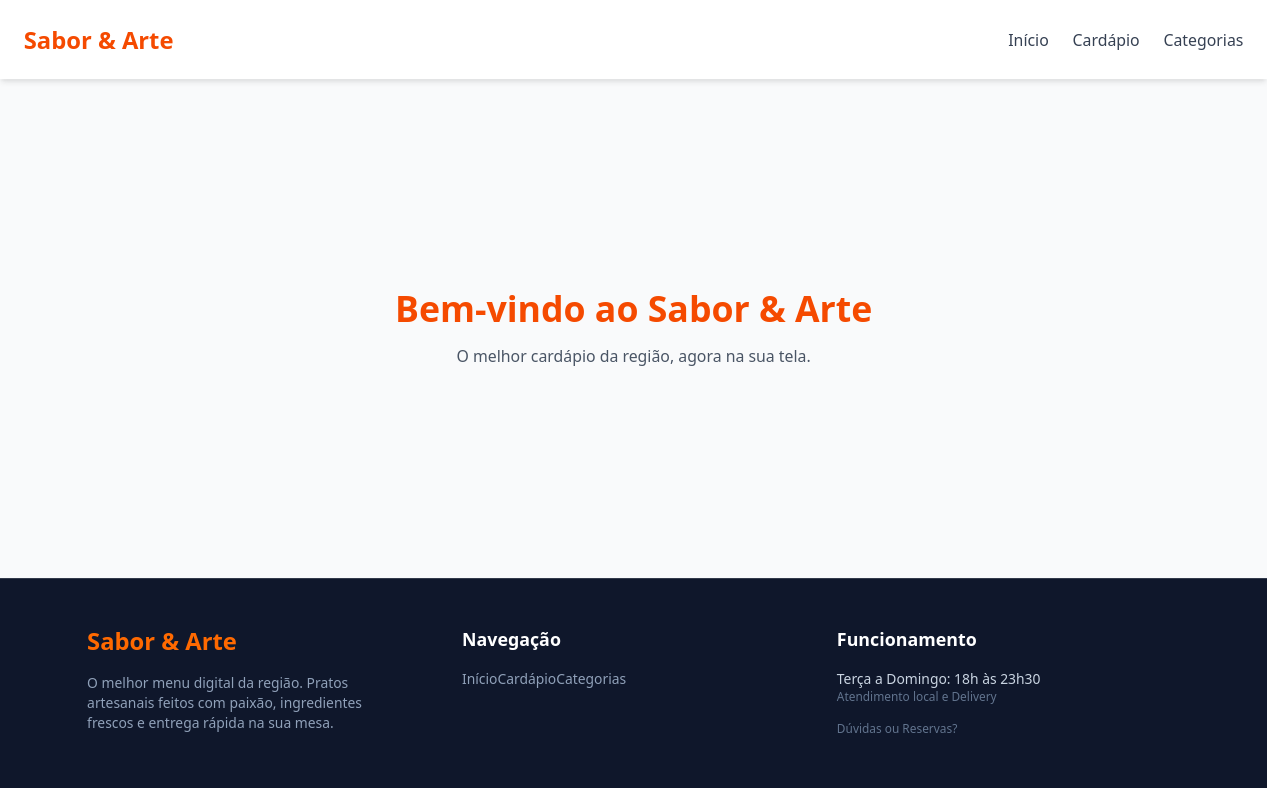
Repository: LuigiBLombardo/Next---Atividade
Page: / (app in sistema-cardapio/)
These files come from the project's save history. The page is drawn as it stood at one moment and after the next save; the edit follows.
The browser window is 1280 px wide. The pictures show the whole page, at 99% of full size.
The project was rebuilt for these pictures with package versions that can differ from the ones it lists, and the page was loaded fresh each time. The framework's server and built-in components were replaced by stand-ins that run in the browser. Also part of the build but not shown: sistema-cardapio/next.config.mjs.

Above is the page before, as saved 2026-09-04 19:51:59.

### sistema-cardapio/src/app/layout.js
import { Inter, Montserrat } from "next/font/google";
import "./globals.css";
import Navbar from "@/components/Navbar";
import Footer from "@/components/Footer";

const inter = Inter({ subsets: ["latin"], variable: "--font-inter" });

const montserrat = Montserrat({ subsets: ["latin"], variable: "--font-montserrat" });

export default function RootLayout({ children }) {
    return (
        <html lang="pt-br" className={`${inter.variable} ${montserrat.variable}`}>
            <body className="font-sans bg-gray-50 antialiased">
                <Navbar />
                {children}
                <Footer/>
            </body>
        </html>
);
}

### sistema-cardapio/src/app/page.js
import Image from "next/image";

export default function Home() {
  return (
    <main className="flex flex-col items-center justify-center min-h-[70vh]">
        <h1 className="text-4xl font-bold text-orange-600">Bem-vindo ao Sabor & Arte</h1>
        <p className="mt-4 text-gray-600">O melhor cardápio da região, agora na sua tela.</p>
    </main>
  );
}

### sistema-cardapio/src/components/Navbar.js
import Link from 'next/link';

export default function Navbar() {
    return (
        <nav className="flex items-center justify-between p-6 bg-white shadow-md">
            <h2 className="text-2xl font-bold text-orange-600">Sabor & Arte</h2>
            <div className="flex gap-6">
                <Link href="/" className="text-gray-700 hover:text-orange-600 font-medium">Início</Link>
                <Link href="/cardapio" className="text-gray-700 hover:text-orange-600 font-medium">Cardápio</Link>
                <Link href="/categorias" className="text-gray-700 hover:text-orange-600
font-medium">Categorias</Link>
            </div>
        </nav>
);
}

### sistema-cardapio/src/components/Footer.js
import Link from "next/link";

export default function Footer(){
    return (
            <footer className="w-full bg-slate-900 text-slate-400 pt-12">

                <div className="max-w-6xl mx-auto px-6 pb-12 grid grid-cols-1 md:grid-cols-3 gap-8 ">

                    <div>
                        <h2 className="text-2xl font-bold text-orange-500 mb-4">
                            Sabor & Arte
                        </h2>
                        <p className="text-sm max-w-xs text-slate-400">
                            O melhor menu digital da região. Pratos artesanais feitos com
                            paixão, ingredientes frescos e entrega rápida na sua mesa.
                        </p>
                    </div>

                    <div>
                        <h3 className="text-lg font-bold text-white mb-4">
                            Navegação
                        </h3>
                        <div className="space-y-2 text-sm">

                            <Link href="/" className="hover:text-white transition">Início</Link>
                            <Link href="/cardapio" className="hover:text-white transition">Cardápio</Link>
                            <Link href="/categorias" className="hover:text-white transition">Categorias</Link>

                        </div>
                    </div>

                    <div>
                        <h3 className="text-lg font-bold text-white mb-4">
                            Funcionamento
                        </h3>
                        <p className="text-sm text-slate-300">
                            Terça a Domingo: 18h às 23h30
                        </p>
                        <p className="text-xs text-slate-500 mb-4">
                            Atendimento local e Delivery
                        </p>

                        <span className="block text-xs text-slate-500 mb-1">
                            Dúvidas ou Reservas?
                        </span>
                        <a className="text-lg ">

                        </a>
                    </div>
                </div>

            </footer>
    )
}

Loaded but not shown: sistema-cardapio/src/app/globals.css (common file)

After the next save:
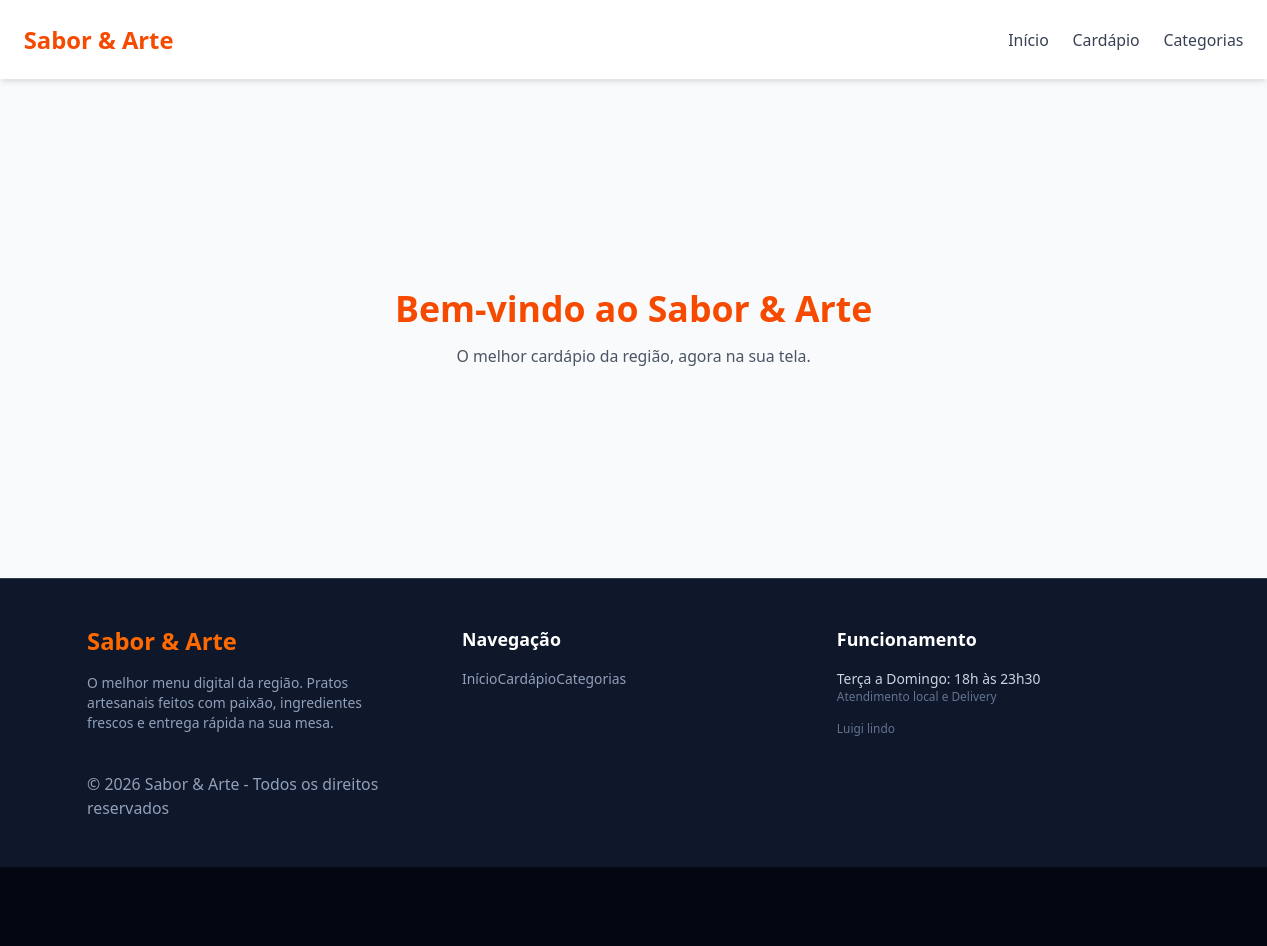
Saved 6 s later.
--- a/sistema-cardapio/src/components/Footer.js
+++ b/sistema-cardapio/src/components/Footer.js
@@ -41,12 +41,22 @@
                         </p>
 
                         <span className="block text-xs text-slate-500 mb-1">
-                            Dúvidas ou Reservas?
+                            Luigi lindo
                         </span>
-                        <a className="text-lg ">
+                        <a className="text-lg font-bold">
 
                         </a>
                     </div>
+
+                    <p>
+                        © 2026 Sabor & Arte - Todos os direitos reservados
+                    </p>
+                </div>
+
+                <div className="flex bg-[#030712] p-4 justify-center h-20">
+
+
+
                 </div>
 
             </footer>

After the 6 saves that followed:
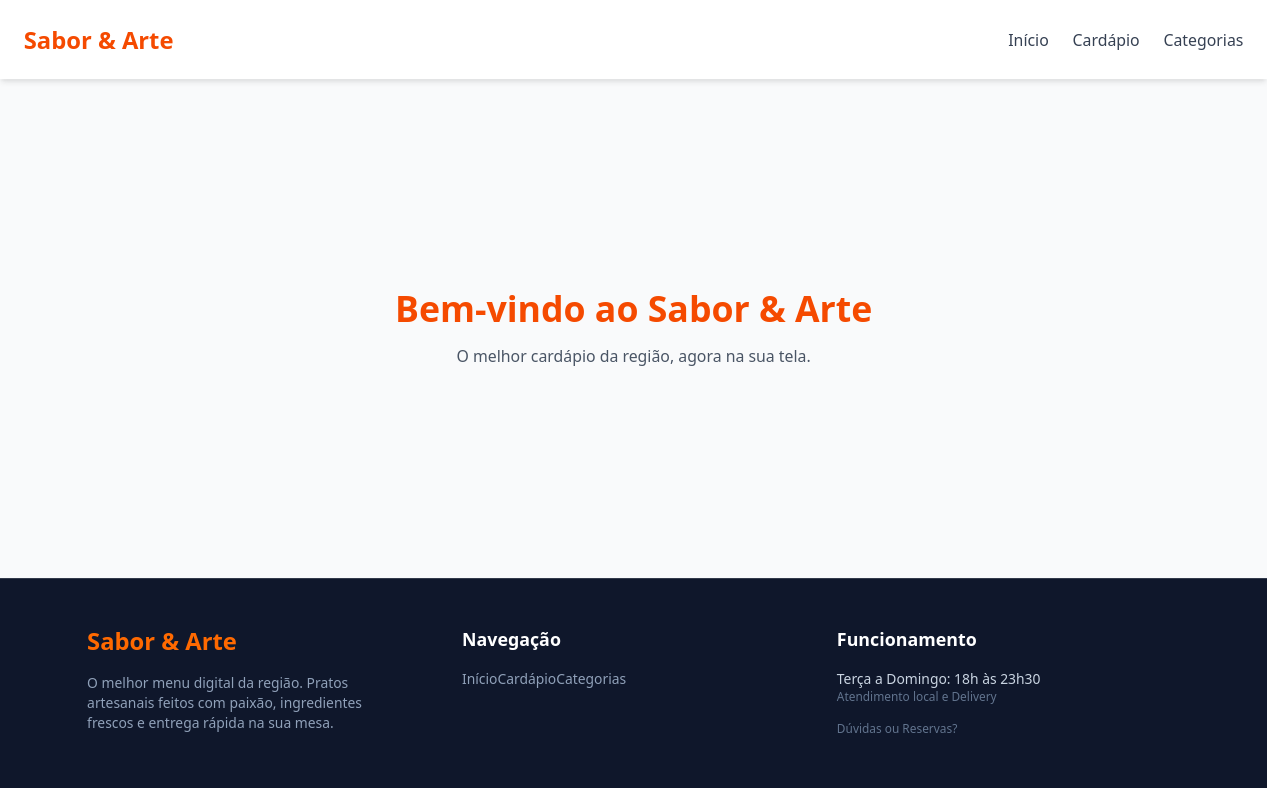
The 6 saves are shown as one change because they came seconds apart.
The last was saved 18 s later.
--- a/sistema-cardapio/src/components/Footer.js
+++ b/sistema-cardapio/src/components/Footer.js
@@ -41,22 +41,12 @@
                         </p>
 
                         <span className="block text-xs text-slate-500 mb-1">
-                            Luigi lindo
+                            Dúvidas ou Reservas?
                         </span>
-                        <a className="text-lg font-bold">
+                        <a className="text-lg font-bold text-orange-500 houver:underline">
 
                         </a>
                     </div>
-
-                    <p>
-                        © 2026 Sabor & Arte - Todos os direitos reservados
-                    </p>
-                </div>
-
-                <div className="flex bg-[#030712] p-4 justify-center h-20">
-
-
-
                 </div>
 
             </footer>
